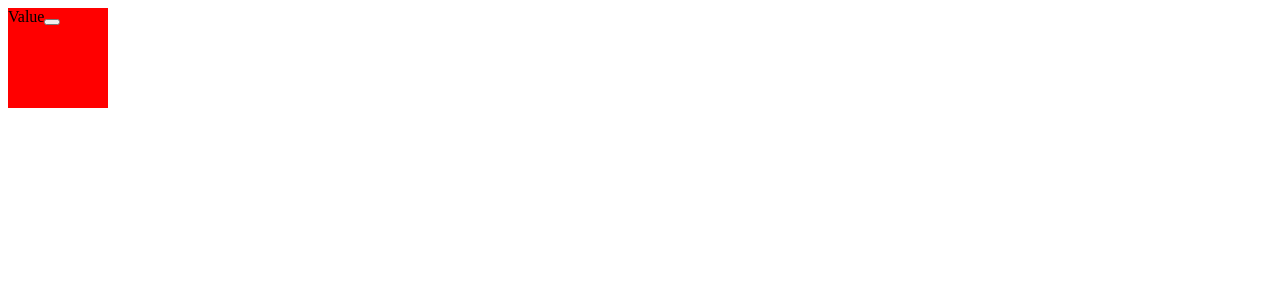
Repository: csabbah/ts-react-custom-select
Page: /
An editor plug-in stored every save of this project. The page is shown before and after the next save, followed by the edit.
The browser window is 1280 px wide. The pictures show the whole page.
The project was rebuilt for these pictures with package versions that can differ from the ones it lists, and the page was loaded fresh each time. Also part of the build but not shown: vite.config.ts.

Above is the page before, as saved 2022-12-24 11:44:29.

After the next save:
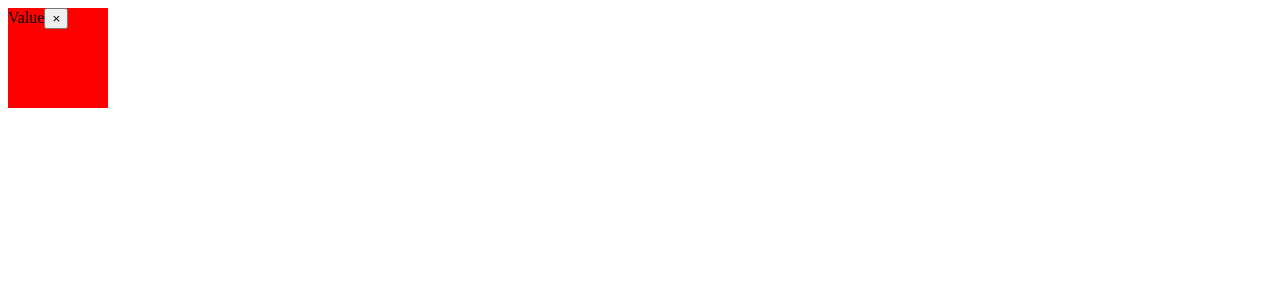
Saved 9 s later.
--- a/src/Select.tsx
+++ b/src/Select.tsx
@@ -16,7 +16,7 @@ export function Select({ value, onChange, options }: SelectProps) {
     <>
       <div className={styles.container}>
         <span className={styles.value}>Value</span>
-        <button className={styles["clear-btn"]}></button>
+        <button className={styles["clear-btn"]}>&times;</button>
       </div>
     </>
   );
